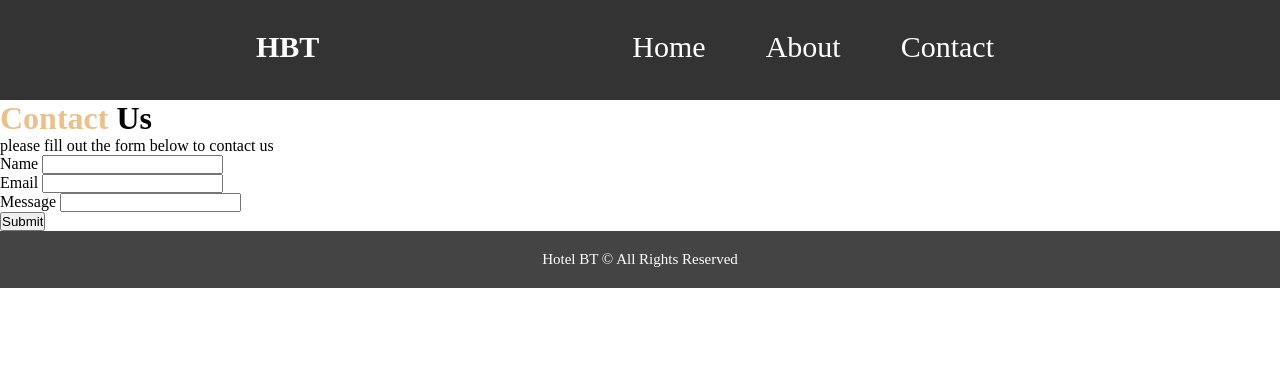
Repository: reemoon-ctrl/hotel-website
Page: 35 - hotel-website/contact.html
The author's editor kept a copy of each file at every save. The page is drawn from the files as they stood at one save, then again after the next save.
The browser window is 1280 px wide. The pictures show the whole page.

Above is the page before, as saved 2024-07-22 09:29:44.

### 35 - hotel-website/contact.html
<!DOCTYPE html>
<html lang="en">
<head>
    <meta charset="UTF-8">
    <meta name="viewport" content="width=device-width, initial-scale=1.0">
    <title>HBT | Hotel Website</title>
    <link rel="stylesheet" href="index.css"/>
</head>
<body>
    <header>
        <ul class="nav-bar">
            <li class="title"><a href="index.html">HBT</a></li>
            <div class="bag-nav-row" >
            <li class="bag-nav"><a href=" ">Contact</a></li>
            <li class="bag-nav"><a href="">About</a></li>
            <li class="bag-nav"><a href="index.html">Home</a></li>
            </div>
        </ul>
    </header>

    <main>
        <div>
            <form action="#">
                <h1><span class="fword">Contact </span>Us</h1>
                <p>please fill out the form below to contact us</p>
                <div class="form-label">
                    <label for="name">Name</label>
                    <input type="text">

                </div>
                <div class="form-label">
                    <label for="Email">Email</label>
                    <input type="text">
                </div>
                <div class="form-label">
                    <label for="Message">Message</label>
                    <input type="text">

                </div>
                <input type="submit">
            </form>
        </div>

    </main>

    <footer>
        <p>Hotel BT &copy; All Rights Reserved</p>

    </footer>

</body>
</html>

### 35 - hotel-website/index.css
*{
    padding: 0px;
    margin: 0px;
    box-sizing: border-box;

}
.nav-bar{
    list-style:none;
    overflow: auto;
    /* clear:both; */
    background: #333333;
    font-size: 20px;
    text-align: center;
    height: 100px;

}

.bag-nav-row{
    margin-right: 20%;
}
.title{
    float: left;
    margin-left: 20%;
    font-weight: bold;
    font-size:30px ;

    text-align: center;
    padding:30px 0px;

}
.title  a{
    text-decoration: none;
    color:#fff
}


.bag-nav{
    float: right;
    font-size: 30px;

}
.bag-nav-row li a{
    text-decoration: none;
    padding: 30px 30px 30px 30px;
    display: inline-block;
    color: #fff;
}

.bag-nav-row li a:hover{
    background: #444444;
    color:#ecc08a;
}
.bag-nav-row li a:active{
    background: #444444;
    color:#ecc08a;
}


.mainheader{
     background-image: url("img/showcase.jpg")  ;
   /* background-size:cover;


    height: 600px; */


  background-color: #cccccc;
  height: 600px;
  background-position: center;
  background-repeat: no-repeat;
  background-size: cover;
  position: relative;
}
.mainheadertxt{
    margin: auto;
    top:50%;
    position:relative;
    text-align: center;
    /* margin-top: 20px; */
    color:#fff;
}
.mainheadertxt h3{
    font-size:xx-large;

}

.mainheadertxt p{
    margin:20px;
}
.mainheadertxt a{
    position:relative;
    display: block;
    width: fit-content;
    background: #444444;
    text-decoration:none ;
    color: #fff;
    top:50%;
    margin:auto;


    padding: 20px;
}
.fword{
    color:#ecc08a
}
.main-content{
    width:100%;
    height:300px;
    overflow: auto;
    background: #444444;
    color: #fff;
}
.hotelimg{
    width:50%;
    float:left;
    height:300px;

}
.hotel-disc{
    width:50%;
    float:right;
    text-align: center;
    /* margin-top:px; */
    line-height: 1.5;
    padding:20px;

}
.hotel-disc h3{
    font-size: xx-large;
    margin-bottom: 20px;
}
.hotel-disc a{
    position:relative;
    display: block;
    width: fit-content;

    text-decoration:none ;
    color: #333333;
    padding: 15px;
    margin:auto;
    margin-top: 20px;
    background: #fff;

}

.aside-bar{
    height: 300px;
    overflow: auto;
    clear:both;

}
.ul{
    list-style: none;
    text-align: center;
    margin:auto;
    height:300px;
}
.fli{
    padding: 60px;
    margin: auto;
    float: left;
    width:33%;
    height: 300px;
    padding: 90px 20px;
}
.fli h4{
    font-size: 25px;
    margin-bottom: 20px;
}
.sli h4{
    font-size: 25px;
    margin-bottom: 20px;
}
.thli h4{
    font-size: 25px;
    margin-bottom: 20px;
}
.sli{
    float:left;
    width:33%;
    background-color:#ecc08a;
    height: 300px;
    padding: 90px 20px;

}
.thli{
    float:right;
    width:33%;
    height: 300px;
    margin: auto;
    height: 300px;
    padding: 90px 20px;
}

footer p{
    text-align: center;
    font-size: 15px;
    color: #fff;
    background: #444444;
    padding: 20px;
}
/* ///////////////about website////////////////// */
.s-header{
    overflow: auto;
    clear: both;
    margin: auto;
    margin: 50px 20%;
    /* height: 500px; */
}
.header-content{
    float:left;
    width:40%;

}
.header-content h1{
    font-size: 50px;
}
.header-content p{
    font-size: 28px;
    margin-top: 20px;
    line-height: 1.3;
}
.hotel-img2{
    height:400px;
    width: 40%;
    float: right;
    border-radius:50%;
}
.comment{
    overflow: auto;
    background:#ecc08a;
    margin: 20px 20%;
    border-radius: 20px;

}
.aside-content{
    background-image: url(img/test-bg.jpg) ;
    background-color: #cccccc;
    height:900px;
    background-position: center;
    background-repeat: no-repeat;
    background-size: cover;
    position: relative;
    width: 100%;



}
.aside-content h1{
    margin: 20px 20%;
    text-align: center;
    color: #FFF;
    font-size: 50px;
    padding-top: 100px;
    padding-bottom: 50px;

}
.comment img{
    padding-top: 30px;
width:200px ;
height:200px ;
border-radius: 200px;
float: left;
padding-right: 20px;
padding-left: 20px;
margin-bottom: 50px;
}
.comment p{
padding-top: 70px;
font-size: 28px;
color: #333333;


}
/* ///////////////about style///////////// */
.form-label label{
    display: ;

}

After the next save:
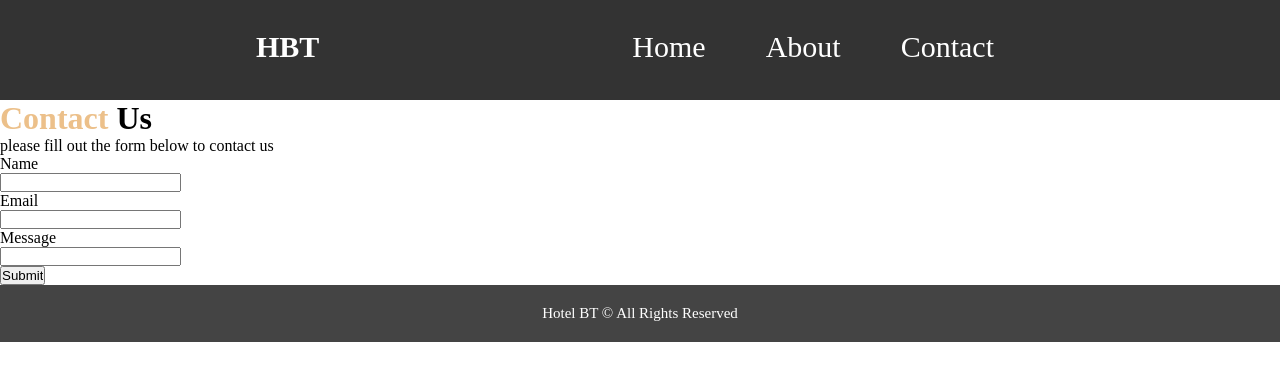
Saved 6 s later.
--- a/35 - hotel-website/index.css
+++ b/35 - hotel-website/index.css
@@ -274,6 +274,6 @@ color: #333333;
 }
 /* ///////////////about style///////////// */
 .form-label label{
-    display: ;
-
-}
+    display: block;
+
+}
